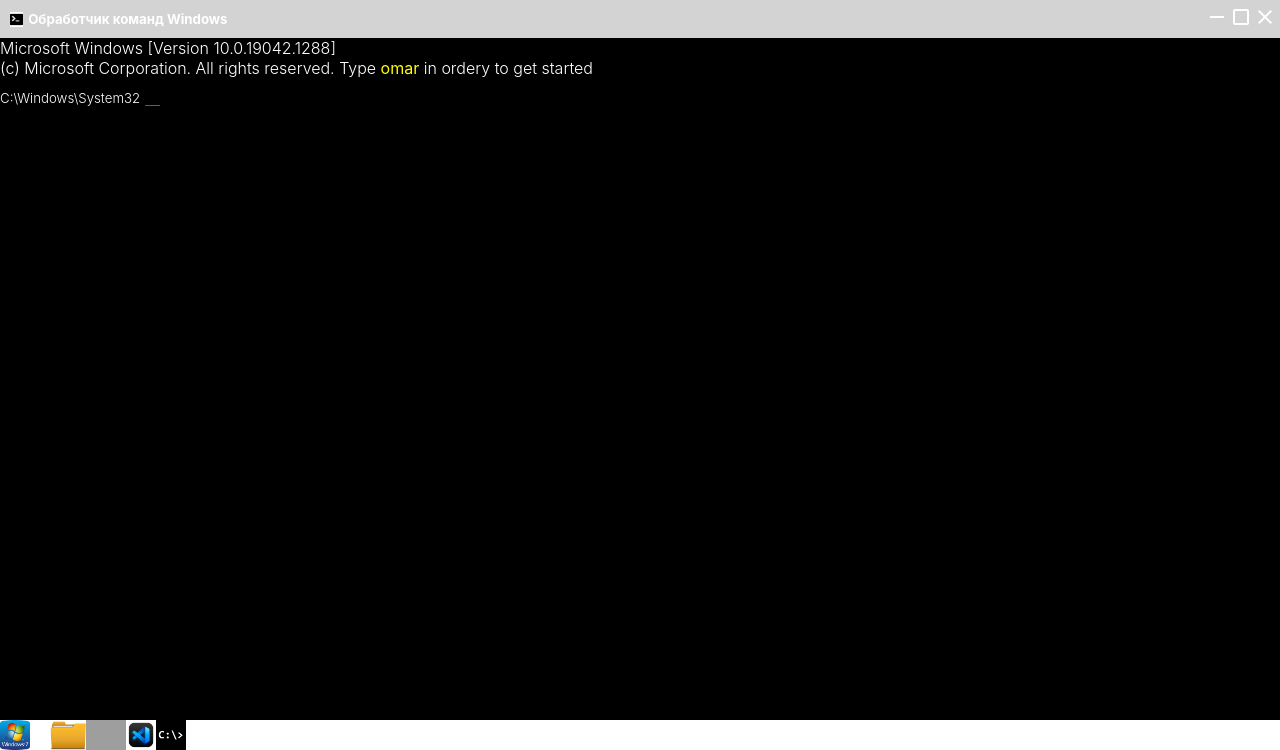
Repository: om1ars/cmd-port
Page: /
An editor plug-in stored every save of this project. The page is shown before and after a run of saves, followed by the edit.
The browser window is 1280 px wide. The pictures show the whole page.
Pictures or frames that could not be fetched are drawn as grey boxes. The project was rebuilt for these pictures with package versions that can differ from the ones it lists, and the page was loaded fresh each time.

Above is the page before, as saved 2021-11-04 17:03:33.

After the next 2 saves:
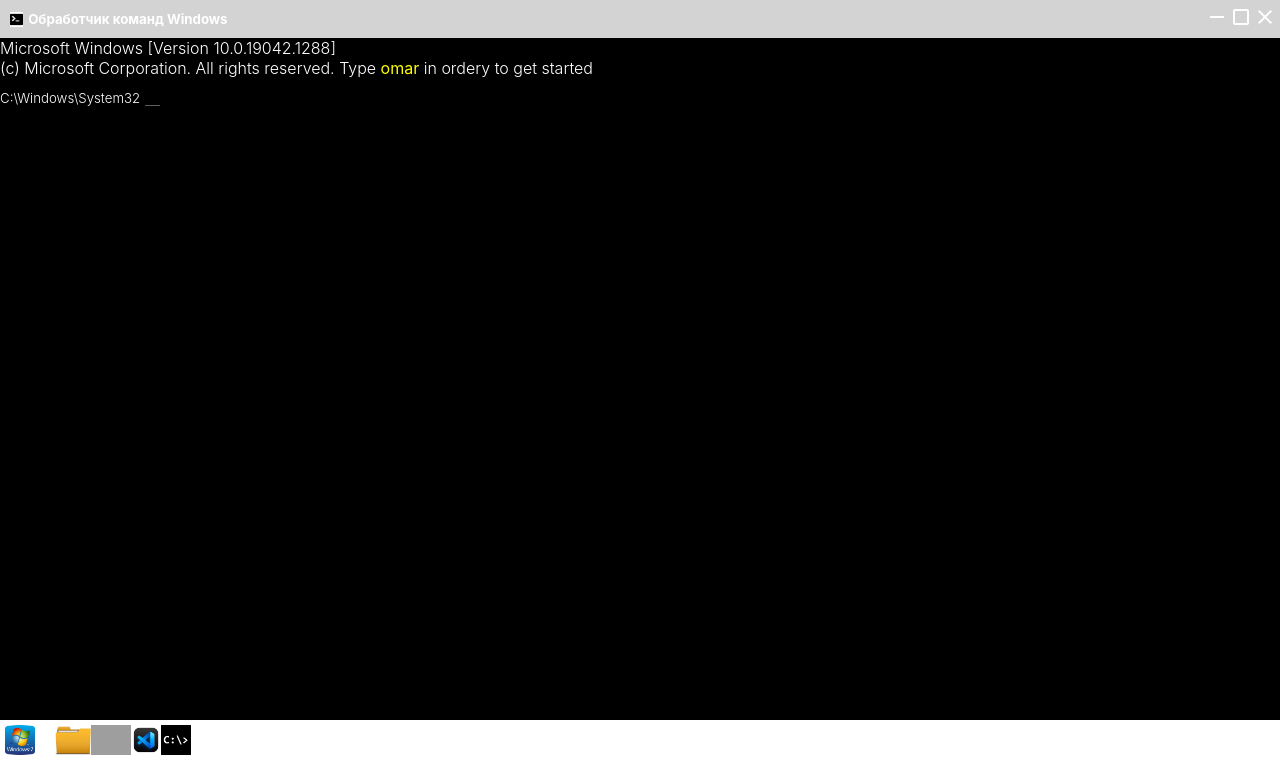
The 2 saves are shown as one change because they came seconds apart.
The last was saved 9 s later.
--- a/src/styles.css
+++ b/src/styles.css
@@ -92,6 +92,8 @@
 .footer {
   display: flex;
   justify-content: space-between;
+  align-items: center;
+  padding: 5px;
 }
 .icons {
   display: flex;
